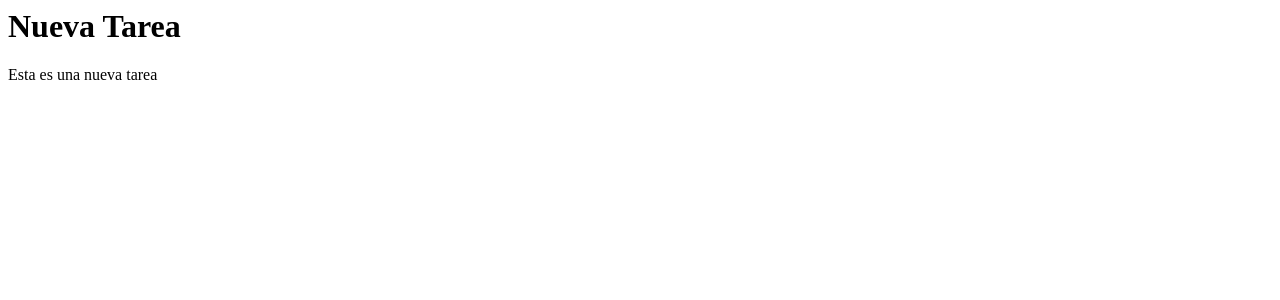
Repository: jhonatan810/waAdministradirdeTareas
Page: AdministradordeTareas/WebContent/paginas/usuarios.html
The author's editor kept a copy of each file at every save. The page is drawn from the files as they stood at one save, then again after the next save.
The browser window is 1280 px wide. The pictures show the whole page.

Above is the page before, as saved 2016-11-18 21:20:01.

After the next save:
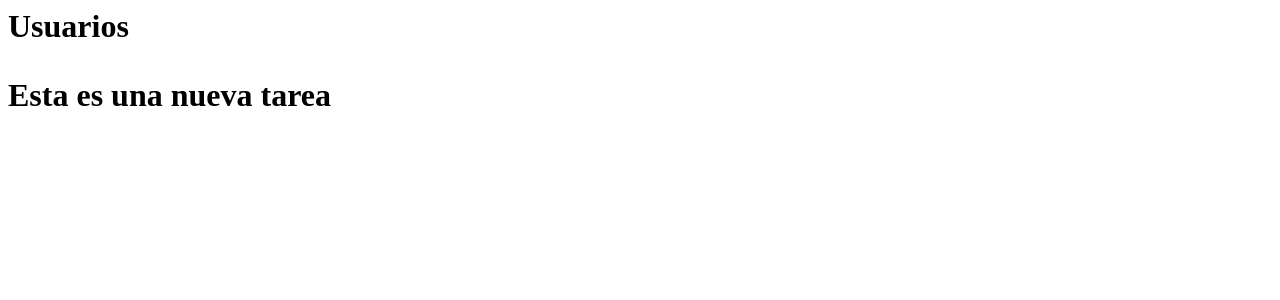
Saved 33 s later.
--- a/AdministradordeTareas/WebContent/paginas/usuarios.html
+++ b/AdministradordeTareas/WebContent/paginas/usuarios.html
@@ -1,2 +1,2 @@
-<h1>Nueva Tarea</h1>
+<h1>Usuarios<h1>
 <p>Esta es una nueva tarea</p>
